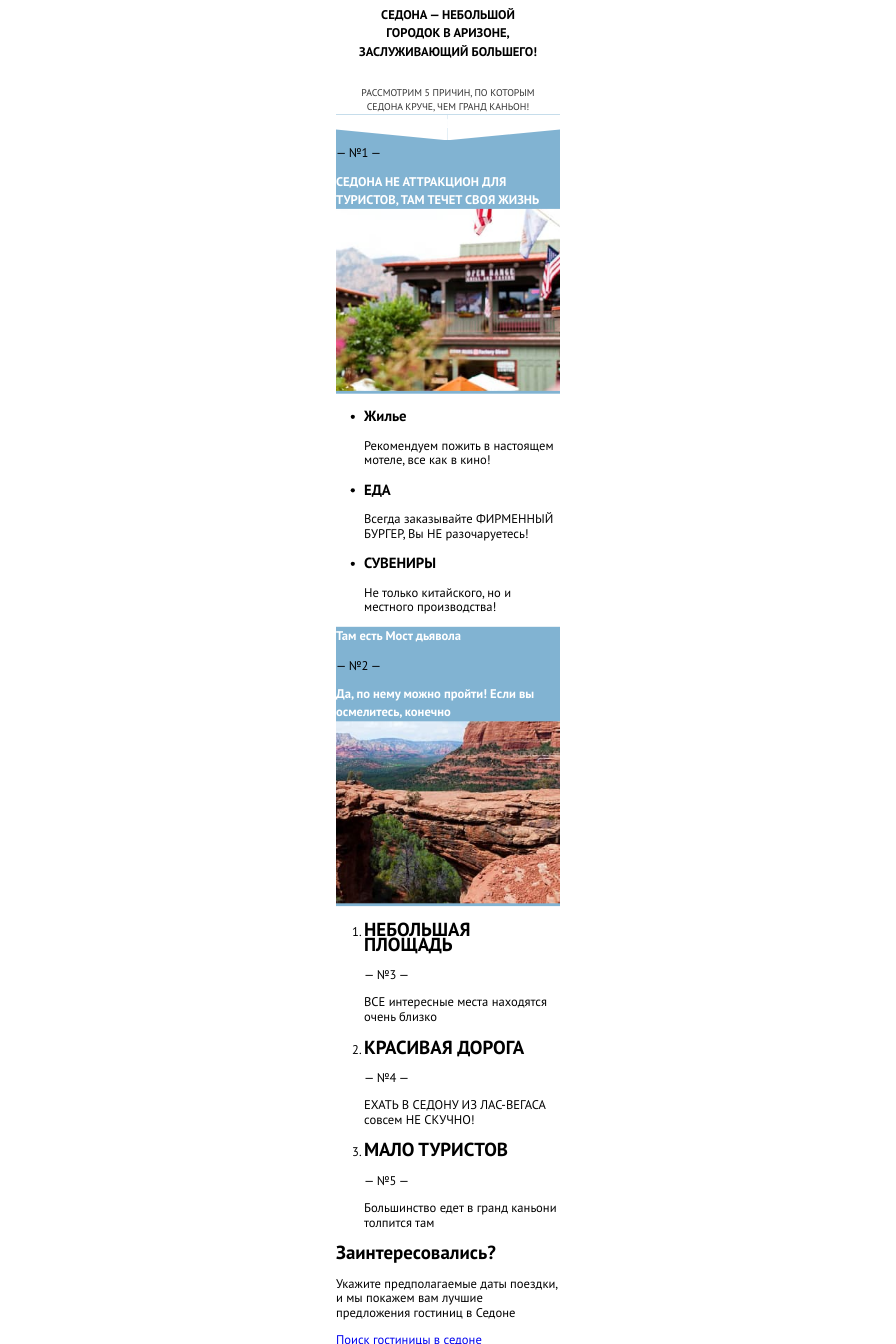
Repository: iKrekus/2149661-sedona-27
Page: source/index.html
These files come from the project's save history. The page is drawn as it stood at one moment and after the next save; the edit follows.
The browser window is 1280 px wide. The pictures show the part of the page from y = 469 to 2389 px (the page is 2864 px tall before and 2872 px after), at 70% of full size.
The style sheet was rebuilt from its Sass, Less or Tailwind sources for each picture, by a compiler version that may differ from the author's.

Above is the page before, as saved 2022-12-04 21:06:48.

After the next save:
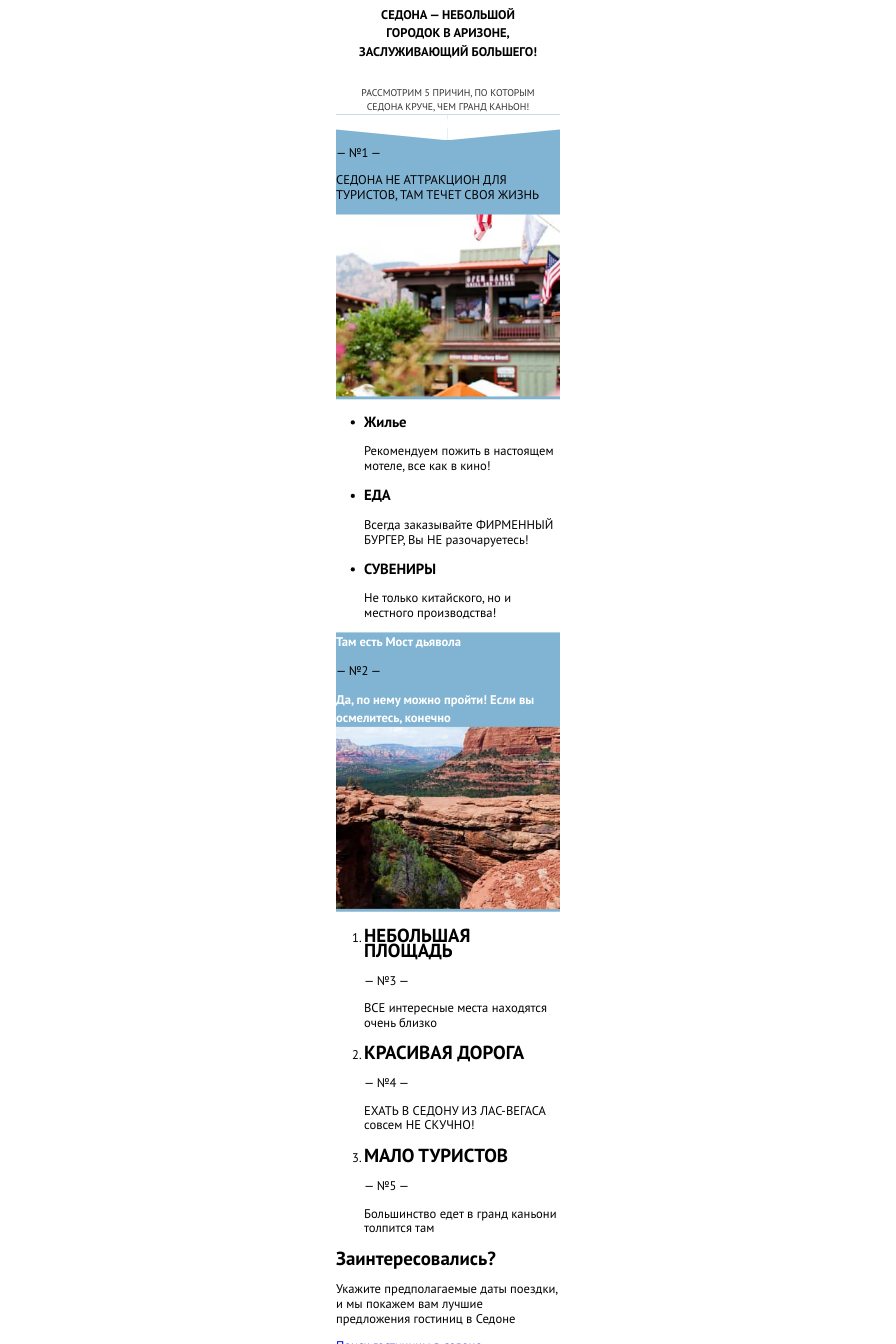
Saved 10 s later.
--- a/source/index.html
+++ b/source/index.html
@@ -55,7 +55,7 @@
           <!--Далее будет сделан через псевдоэлемент Или потом будет выводится, как номер пункта в списке, если переделать features в список-->
           — №1 —
         </p>
-        <p class="features__features-title">
+        <p class="features__features-description">
           СЕДОНА НЕ АТТРАКЦИОН ДЛЯ ТУРИСТОВ, ТАМ ТЕЧЕТ СВОЯ ЖИЗНЬ
         </p>
       <img src="img/photo/sedona-town-mobile.jpg" alt="Фото Города." width="320" height="260">
